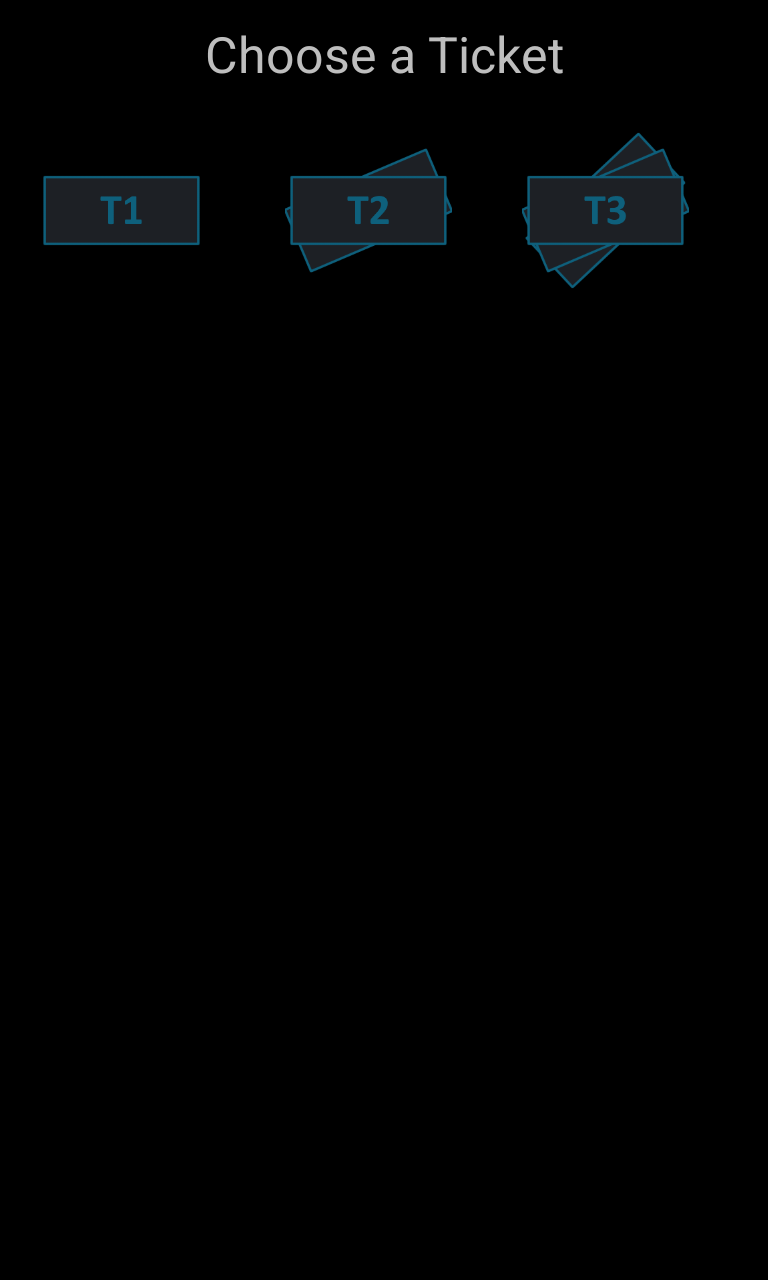
Repository: Nelspike/BusTicketer
Layout: PassengerMode/res/layout/fragment_show_tickets.xml
An editor plug-in stored every save of this project. The layout is shown before and after the next save, followed by the edit.
It is drawn on a 768 x 1280 px phone screen (xhdpi) without system bars, with theme AppTheme; the app's code is not run.

Above is the layout before, as saved 2013-10-19 20:17:23.

### PassengerMode/res/layout/fragment_show_tickets.xml
<FrameLayout xmlns:android="http://schemas.android.com/apk/res/android"
    xmlns:tools="http://schemas.android.com/tools"
    android:layout_width="match_parent"
    android:layout_height="match_parent"
    tools:context=".ShowTicketsFragment" >

    <LinearLayout
        android:layout_width="match_parent"
        android:layout_height="wrap_content"
        android:orientation="vertical"
        android:paddingTop="10dp">

	    <TextView
	        android:layout_width="match_parent"
	        android:layout_height="wrap_content"
	        android:text="@string/show_tickets_title"
	        android:textSize="25sp"
	        android:gravity="center"/>

		<RadioGroup
		    android:layout_width="match_parent"
		    android:layout_height="wrap_content"
		    android:gravity="center"
		    android:orientation="horizontal"
		    android:paddingTop="20dp" >

			<RadioButton
				android:button="@drawable/t1_selector"
				android:layout_width="wrap_content"
				android:layout_height="wrap_content"
				android:paddingRight="5dp"
		        android:paddingLeft="35dp"/>

			<RadioButton
				android:button="@drawable/t2_selector"
				android:layout_width="wrap_content"
				android:layout_height="wrap_content"
		        android:paddingLeft="35dp"/>

			<RadioButton
				android:button="@drawable/t3_selector"
				android:layout_width="wrap_content"
				android:layout_height="wrap_content"
		        android:paddingLeft="20dp"/>

		</RadioGroup>

    </LinearLayout>




</FrameLayout>

### PassengerMode/res/values/styles.xml
<resources>

    <!--
        Base application theme, dependent on API level. This theme is replaced
        by AppBaseTheme from res/values-vXX/styles.xml on newer devices.
    -->
    <style name="AppBaseTheme" parent="android:Theme.Holo">
        <!--
            Theme customizations available in newer API levels can go in
            res/values-vXX/styles.xml, while customizations related to
            backward-compatibility can go here.
        -->
    </style>

    <!-- Application theme. -->
    <style name="AppTheme" parent="android:Theme.Holo">
        <!-- All customizations that are NOT specific to a particular API-level can go here. -->
    </style>

</resources>

### PassengerMode/res/values/strings.xml
<?xml version="1.0" encoding="utf-8"?>
<resources>

    <string name="app_name">Passenger Mode</string>
    <string name="action_settings">Settings</string>
    <string name="hello_world">Hello world!</string>
    <string name="welcome_string">Welcome to Bus Ticketer!</string>
    <string name="splash_screen_description">Splash Screen Logo</string>
    <string name="splash_screen_terms">Lorem ipsum dolor sit amet, consectetur adipiscing elit. In porta cursus lacus ut porta. Ut luctus et urna eu malesuada. Donec magna diam, mollis molestie est eu, bibendum semper quam. Curabitur rhoncus iaculis nisi ut luctus. Pellentesque habitant morbi tristique senectus et netus et malesuada fames ac turpis egestas. Ut luctus gravida massa, a posuere nunc sagittis ac. Maecenas porta nisi sed interdum varius. Nunc tincidunt turpis nec orci interdum sollicitudin in at nulla. Integer non lorem a elit elementum iaculis consectetur vel ipsum. Aenean sed eros laoreet, egestas lacus eu, accumsan risus. Aliquam consequat sagittis urna, quis accumsan felis malesuada sed.</string>
    <string name="splash_screen_name_label">Name:</string>
    <string name="splash_screen_card_label">CC No.:</string>
    <string name="splash_screen_register_button">Register it up!</string>
    <string name="title_activity_central">CentralActivity</string>
    <string name="hello_blank_fragment">Hello blank fragment</string>
    <string name="description">Generic Description</string>
    <string name="validate_ticket">Validate!</string>
    <string name="show_tickets_title">Choose a Ticket</string>

</resources>

### PassengerMode/res/drawable-xxhdpi/t1_selector.xml
<?xml version="1.0" encoding="utf-8"?>
<selector xmlns:android="http://schemas.android.com/apk/res/android" >
	<item android:state_checked="true" android:drawable="@drawable/selectedt1" />
	<item android:state_checked="false" android:drawable="@drawable/t1" />
</selector>

### PassengerMode/res/drawable-xxhdpi/t2_selector.xml
<?xml version="1.0" encoding="utf-8"?>
<selector xmlns:android="http://schemas.android.com/apk/res/android" >
	<item android:state_checked="true" android:drawable="@drawable/selectedt2" />
	<item android:state_checked="false" android:drawable="@drawable/t2" />
</selector>

### PassengerMode/res/drawable-xxhdpi/t3_selector.xml
<?xml version="1.0" encoding="utf-8"?>
<selector xmlns:android="http://schemas.android.com/apk/res/android" >
	<item android:state_checked="true" android:drawable="@drawable/selectedt3" />
	<item android:state_checked="false" android:drawable="@drawable/t3" />
</selector>

After the next save:
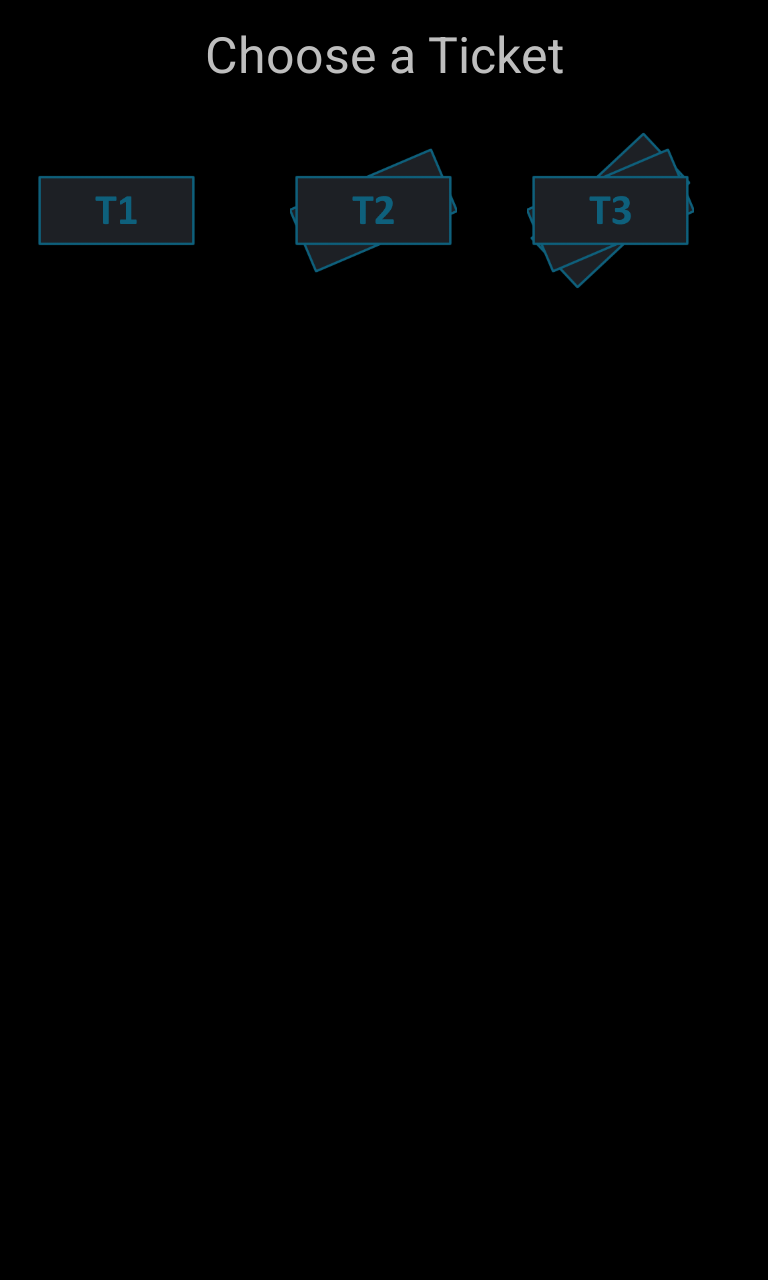
Saved 13 s later.
--- a/PassengerMode/res/layout/fragment_show_tickets.xml
+++ b/PassengerMode/res/layout/fragment_show_tickets.xml
@@ -28,7 +28,7 @@
 				android:button="@drawable/t1_selector"
 				android:layout_width="wrap_content"
 				android:layout_height="wrap_content"
-				android:paddingRight="5dp"
+				android:paddingRight="10dp"
 		        android:paddingLeft="35dp"/>
 
 			<RadioButton

After the save that followed:
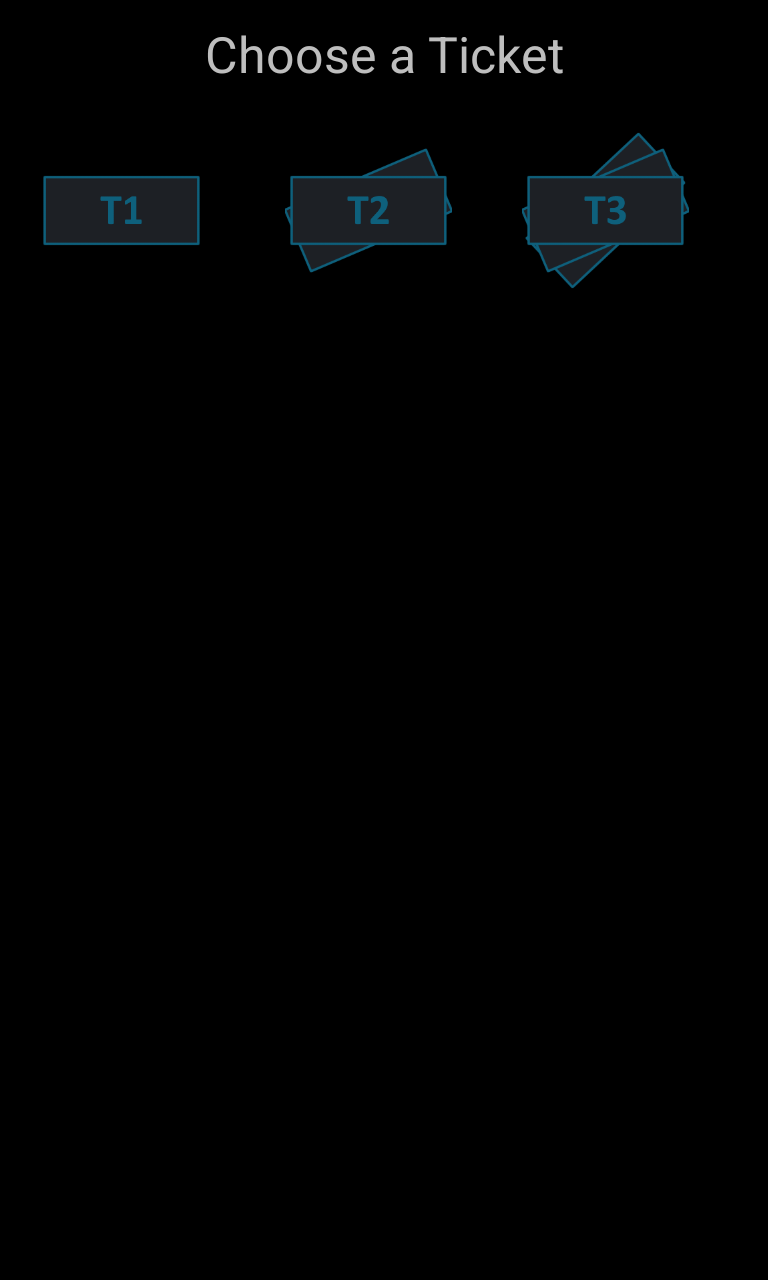
Saved 8 s later.
--- a/PassengerMode/res/layout/fragment_show_tickets.xml
+++ b/PassengerMode/res/layout/fragment_show_tickets.xml
@@ -29,7 +29,7 @@
 				android:layout_width="wrap_content"
 				android:layout_height="wrap_content"
 				android:paddingRight="10dp"
-		        android:paddingLeft="35dp"/>
+		        android:paddingLeft="30dp"/>
 
 			<RadioButton
 				android:button="@drawable/t2_selector"
